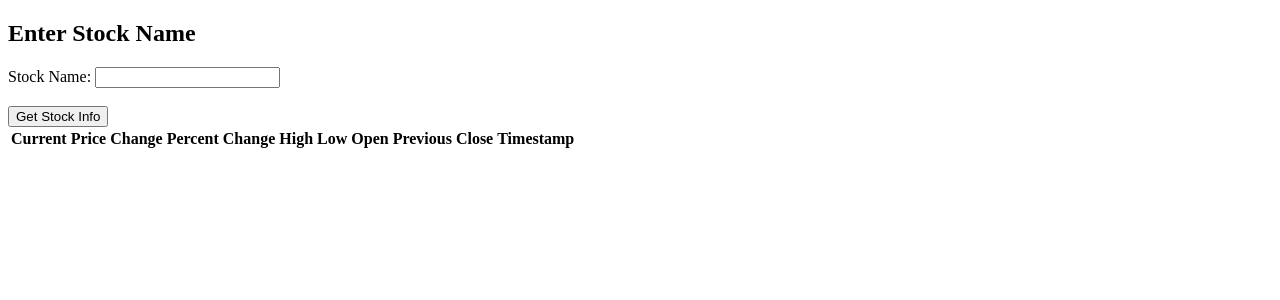
Repository: RamGochade39/Live-Share-Market-Tracker-Microservices-Based-Real-Time-Stock-Info-App
Page: http://localhost/Stock-Price-Enquary-App/views/index.jsp
These files come from the project's save history. The page is drawn as it stood at one moment and after the next save; the edit follows.
The browser window is 1280 px wide. The pictures show the whole page.
The page is served by Tomcat 10. Other server files are loaded and not shown.

Above is the page before, as saved 2025-06-21 07:01:09.

### Stock-Price-Enquary-App/src/main/webapp/views/index.jsp
<%@ page language="java" contentType="text/html; charset=UTF-8"
	pageEncoding="UTF-8" isELIgnored="false"%>
<!DOCTYPE html>
<html>
<head>
<title>Stock Search</title>
</head>
<body>
	<h2>Enter Stock Name</h2>
	<form action="search" method="get">
		<label for="stockName">Stock Name:</label> <input type="text"
			id="stockName" name="stockName" required> <br> <br>
		<input type="submit" value="Get Stock Info">
	</form>
	<table>
		<tr>
			<th>Current Price</th>
			<th>Change</th>
			<th>Percent Change</th>
			<th>High</th>
			<th>Low</th>
			<th>Open</th>
			<th>Previous Close</th>
			<th>Timestamp</th>
		</tr>
	</table>

</body>
</html>

After the next save:
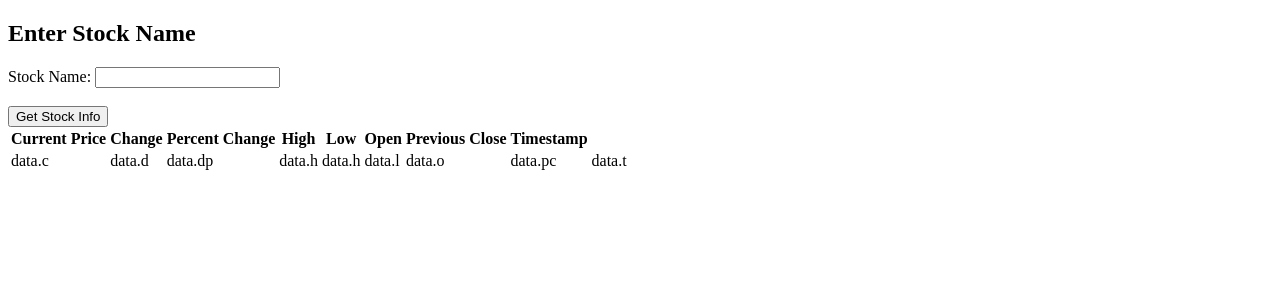
Saved 86 s later.
--- a/Stock-Price-Enquary-App/src/main/webapp/views/index.jsp
+++ b/Stock-Price-Enquary-App/src/main/webapp/views/index.jsp
@@ -23,6 +23,17 @@
 			<th>Previous Close</th>
 			<th>Timestamp</th>
 		</tr>
+		<tr>
+			<td>data.c</td>
+			<td>data.d</td>
+			<td>data.dp</td>
+			<td>data.h</td>
+			<td>data.h</td>
+			<td>data.l</td>
+			<td>data.o</td>
+			<td>data.pc</td>
+			<td>data.t</td>
+		</tr>
 	</table>
 
 </body>
